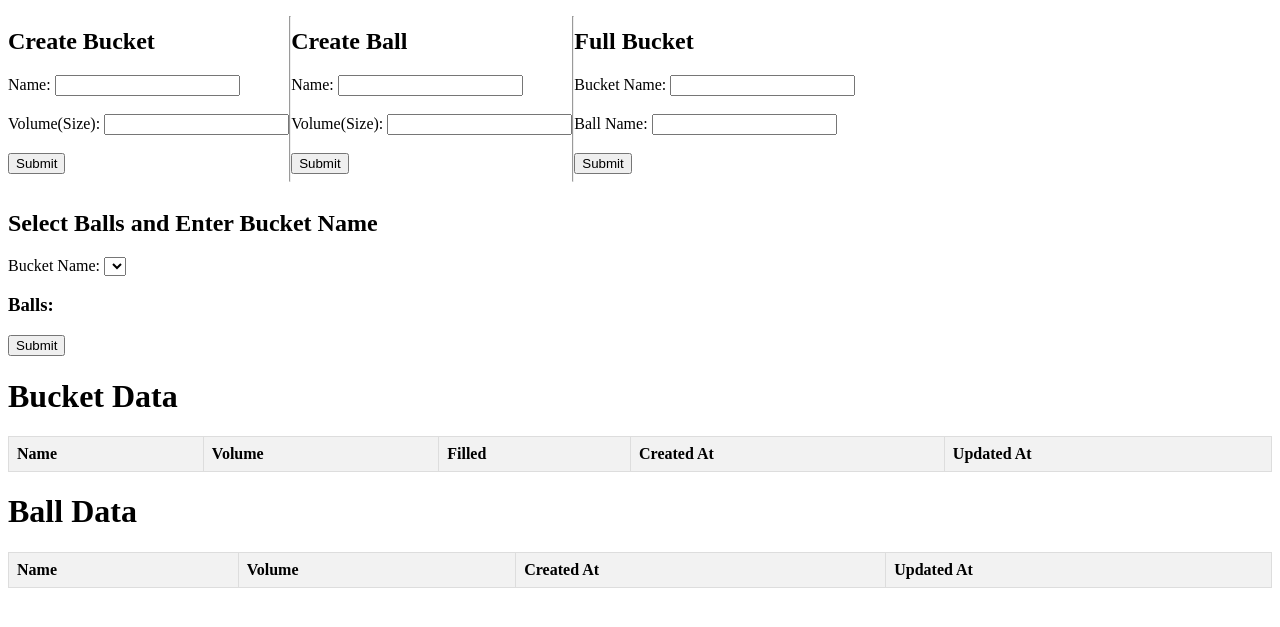
Repository: RajatPalankar8/nodejs_bucket_ball_task_new
Page: http://localhost/
These files come from the project's save history. The page is drawn as it stood at one moment and after the next save; the edit follows.
The browser window is 1280 px wide. The pictures show the whole page.
The page is served by the project's Node server (index.js). Other server files are loaded and not shown. Queries for data that is not in the repository find no rows.

Above is the page before, as saved 2023-07-28 23:26:53.

### views/index.ejs
<!DOCTYPE html>
<html>

<head>
  <style>
    table {
      border-collapse: collapse;
      width: 100%;
    }

    th,
    td {
      border: 1px solid #ddd;
      padding: 8px;
      text-align: left;
    }

    th {
      background-color: #f2f2f2;
    }
  </style>
  <title>Bucket Ball App</title>
</head>

<body>
  <div style="display: inline-flex;">
    <form id="form1">
      <h2>Create Bucket</h2>
      <label for="name1">Name:</label>
      <input type="text" id="name" name="name" required><br><br>
      <label for="email1">Volume(Size):</label>
      <input type="text" id="vol" name="vol" required><br><br>
      <input type="submit" value="Submit">
      <p id="form1-response"></p>
    </form>

    <hr>
    <form id="form2">
      <h2>Create Ball</h2>
      <label for="name1">Name:</label>
      <input type="text" id="name" name="name" required><br><br>
      <label for="vol">Volume(Size):</label>
      <input type="text" id="vol" name="vol" required><br><br>
      <input type="submit" value="Submit">
      <p id="form2-response"></p>
    </form>
    <hr>
    <form id="form3">
      <h2>Full Bucket</h2>
      <label for="name3">Bucket Name:</label>
      <input type="text" id="bucketName" name="bucketName" required><br><br>
      <label for="vol">Ball Name:</label>
      <input type="text" id="ballName" name="ballName" required><br><br>
      <input type="submit" value="Submit">
      <p id="form3-response"></p>
    </form>
  </div>

  <h2>Select Balls and Enter Bucket Name</h2>
  <form id="ballForm">
    <label for="bucketName">Bucket Name:</label>
    <select id="bucketNameSelect" name="bucketNameSelect">
      <!-- The "Bucket Name" dropdown options will be dynamically added here -->
    </select>
    <h3>Balls:</h3>
    <div id="ballList">
      <!-- Ball data from MongoDB will be dynamically added here -->
    </div>
    <input type="submit" value="Submit">
  </form>
  <h1>Bucket Data</h1>
  <table>
    <thead>
      <tr>
        <th>Name</th>
        <th>Volume</th>
        <th>Filled</th>
        <th>Created At</th>
        <th>Updated At</th>
      </tr>
    </thead>
    <tbody>
      <% buckets.forEach(bucket=> { %>
        <tr>
          <td>
            <%= bucket.name %>
          </td>
          <td>
            <%= bucket.vol %>
          </td>
          <td>
            <%= bucket.filled.join(', ') %></td>
          <td><%= bucket.createdAt.toLocaleString() %></td>
          <td><%= bucket.updatedAt.toLocaleString() %></td>
        </tr>
      <% }); %>
    </tbody>
  </table>

  <h1>Ball Data</h1>
  <table>
    <thead>
      <tr>
        <th>Name</th>
        <th>Volume</th>
        <th>Created At</th>
        <th>Updated At</th>
      </tr>
    </thead>
    <tbody>
      <% balls.forEach(ball => { %>
        <tr>
          <td><%= ball.name %></td>
          <td><%= ball.vol %></td>
          <td><%= ball.createdAt.toLocaleString() %></td>
          <td><%= ball.updatedAt.toLocaleString() %></td>
        </tr>
      <% }); %>
    </tbody>
  </table>

  <script src="https://cdn.jsdelivr.net/npm/axios/dist/axios.min.js"></script>
  <script>
    // Function to handle form submission
    function createBucketEvent(event) {
      event.preventDefault(); // Prevent the default form submission

      // Get the form data
      const form = event.target;
      const formData = new FormData(form);

      // Convert form data to JSON object
      const jsonData = {};
      formData.forEach((value, key) => {
        jsonData[key] = value;
      });

      // Make a POST request to the backend API
      axios.post(' http://localhost:3000/createBucket', jsonData).then(response => {
        // Handle the API response
        const formId = form.id;
        const responseElement = document.getElementById(`${formId}-response`);
        responseElement.textContent = response.data.message;

        setTimeout(() => {
          location.reload();
        }, 1000);
      })
        .catch(error => {
          console.error(error); // Handle any errors
        });
    }

    function createBallEvent(event) {
      event.preventDefault(); // Prevent the default form submission

      // Get the form data
      const form = event.target;
      const formData = new FormData(form);

      // Convert form data to JSON object
      const jsonData = {};
      formData.forEach((value, key) => {
        jsonData[key] = value;
      });

      // Make a POST request to the backend API
      axios.post('http://localhost:3000/createBall', jsonData)
        .then(response => {
          // Handle the API response
          const formId = form.id;
          const responseElement = document.getElementById(`${formId}-response`);
          responseElement.textContent = response.data.message;
          setTimeout(() => {
            location.reload();
          }, 1000);
        })
        .catch(error => {
          console.error(error); // Handle any errors
        });
    }

    function fillBucketEvent(event) {
      event.preventDefault(); // Prevent the default form submission

      // Get the form data
      const form = event.target;
      const formData = new FormData(form);

      // Convert form data to JSON object
      const jsonData = {};
      formData.forEach((value, key) => {
        jsonData[key] = value;
      });

      // Make a POST request to the backend API
      axios.post('http://localhost:3000/fillBucket', jsonData)
        .then(response => {
          // Handle the API response
          const formId = form.id;
          const responseElement = document.getElementById(`${formId}-response`);
          responseElement.textContent = response.data.message;
          setTimeout(() => {
            location.reload();
          }, 1000);
        })
        .catch(error => {
          console.error(error); // Handle any errors
        });
    }

    // Attach event listeners to the forms
    const form1 = document.getElementById('form1');
    form1.addEventListener('submit', createBucketEvent);

    const form2 = document.getElementById('form2');
    form2.addEventListener('submit', createBallEvent);

    const form3 = document.getElementById('form3');
    form3.addEventListener('submit', fillBucketEvent);
  </script>

<script>
  // Fetch balls data from the server using Axios
  axios.post('http://localhost:3000/getBallList')
    .then(response => {
      //console.log("----------->>>>>>>", response.data.success);
      createBallCheckboxes(response.data.success);
      fetchBucketOptions();
    })
    .catch(error => console.error('Error fetching balls:', error));

  // to show a list of boxes
  function createBallCheckboxes(balls) {
    const ballListDiv = document.getElementById('ballList');

    balls.forEach(ball => {
      console.log("Create Function ", ball);
      const checkbox = document.createElement('input');
      checkbox.type = 'checkbox';
      checkbox.name = `${ball._id}`; // Each checkbox will have a unique name
      checkbox.value = ball.name;

      const label = document.createElement('label');
      label.innerHTML = `${ball.name} (Vol: ${ball.vol}) :- &nbsp;`;
      const inputField = document.createElement('input');
      inputField.type = 'number';
      inputField.name = `count_${ball.name}`; // Each input field will have a unique name
      inputField.placeholder = 'Number of balls';
      label.appendChild(checkbox);
      ballListDiv.appendChild(label);
      ballListDiv.appendChild(inputField);
      ballListDiv.appendChild(document.createElement('br'));
      ballListDiv.appendChild(document.createElement('br'));
    });
  }

  function fetchBucketOptions() {
    axios.post('http://localhost:3000/getBucketList') // Replace "/api/getBucketOptions" with your server's endpoint for fetching bucket options
      .then(response => {
        const bucketOptions = response.data.success; // Assuming the response is an array of objects with value and label properties
        populateBucketOptions(bucketOptions);
      })
      .catch(error => console.error('Error fetching bucket options:', error));
  }
  const bucketNameSelect = document.getElementById('bucketNameSelect');
  function populateBucketOptions(options) {
    console.log("options-------->",options);

    options.forEach(option => {
      console.log("options-------->",option.name);
      const optionElement = document.createElement('option');
      optionElement.value = option.name;
      optionElement.textContent = option.name;
      bucketNameSelect.appendChild(optionElement);
    });
  }

  // Handle form submission using event delegation
  const form = document.getElementById('ballForm');
  form.addEventListener('submit', (event) => {
    event.preventDefault(); // Prevent default form submission behavior
console.log("bucketNameSelect--->",bucketNameSelect.value);
    // Collect form data and arrange it in an array
    const formData = new FormData(form);
    const data = {
      bucketName: bucketNameSelect.value,
      balls: [],
    };

    // Loop through the checkboxes and get the selected ones
    const checkboxes = form.querySelectorAll('input[type="checkbox"]');
    checkboxes.forEach(checkbox => {
      if (checkbox.checked) {
        const ballId = checkbox.name;
        const label = checkbox.value
        const labelText = label;
        const ballCount = formData.get(`count_${label}`);
        data.balls.push({ _id: ballId, ball: labelText, count: ballCount });
      }
    });
    // Check if at least one checkbox is checked
    if (data.balls.length === 0) {
      alert('Please select at least one checkbox before submitting the form.');
      return; // Abort form submission
    }

    // Make POST request to the server with the JSON data for form submission
    axios.post('http://localhost:3000/bulkFillBall', data) // Replace "/api/submitForm" with your server's endpoint for form submission
      .then(response => {
        // Handle successful form submission response if needed
       // console.log(response.data);
      //  setTimeout(() => {
      //       location.reload();
      //     }, 1000);
      })
      .catch(error => console.error('Error submitting form:', error));
  });
</script>



</body>

</html>

### index.js
const app = require('./app');
const db = require('./config/db')
const port = 3000;
app.get('/',(req,res)=>{
    res.send('Hello World');
});

app.listen(port,()=>{
    console.log(`Server Listening on Port http://localhost:${port}`);
})

### app.js
const express = require("express");
const bodyParser = require("body-parser");
const bucketRouter = require('./routes/bucket.router');
const BucketModel = require('./model/bucket.model');
const BallModel = require('./model/ball.model');
const path = require("path");
const app = express();

app.use(bodyParser.json())
app.set("view engine", "ejs");
app.set("views", path.join(__dirname, "views"));
app.use(express.static(`${__dirname}/public`));


app.use("/", bucketRouter);

app.use("/", (req, res) => {
  BucketModel.find({})
    .then((buckets) => {
      // Render the HTML template with the fetched data
      BallModel.find({})
        .then((balls) => {
          // Render the HTML template with the fetched data
          res.render('index', { buckets, balls });
        })
        .catch((err) => {
          console.error(err);
          res.status(500).send('Internal Server Error');
        });
    })
    .catch((err) => {
      console.error(err);
      res.status(500).send('Internal Server Error');
    });
});


module.exports = app;

### routes/bucket.router.js
const router = require("express").Router();
const BucketServices = require('../services/bucket.services');

router.post('/createBucket',async (req,res,next)=>{
    try {
        const response = await BucketServices.createBucket(req.body.name,req.body.vol);
        console.log("---->",response);
        res.json({ status: true, success: response });
    } catch (err) {
        console.log("---> err -->", err);
        next(err);
    }
});


router.post('/createBall',async (req,res,next)=>{
    try {
        const response = await BucketServices.createBall(req.body.name,req.body.vol);
        console.log("---->",response);
        res.json({ status: true, success: response });
    } catch (err) {
        console.log("---> err -->", err);
        next(err);
    }
});

router.post('/fillBucket',async (req,res,next)=>{
    try {
        const response = await BucketServices.fillBucket(req.body.bucketName,req.body.ballName);
        console.log("---->",response);
        res.json({ status: true, success: response });
    } catch (err) {
        console.log("---> err -->", err);
        next(err);
    }
});

router.post('/getBallList',async (req,res,next)=>{
    try {
        const response = await BucketServices.getBall();
        //console.log("---->",response);
        res.json({ status: true, success: response });
    } catch (err) {
        console.log("---> err -->", err);
        next(err);
    }
});

router.post('/getBucketList',async (req,res,next)=>{
    try {
        const response = await BucketServices.getBucket();
        //console.log("---->",response);
        res.json({ status: true, success: response });
    } catch (err) {
        console.log("---> err -->", err);
        next(err);
    }
});

router.post('/bulkFillBall',async (req,res,next)=>{
    try {
         const response = await BucketServices.bulkUpload(req.body);
        //console.log("---->",req.body);
        res.json({ status: true, success: req.body });
    } catch (err) {
        console.log("---> err -->", err);
        next(err);
    }
});

module.exports = router;

### services/bucket.services.js
const BucketModel = require('../model/bucket.model');
const BallModel = require('../model/ball.model');

class BucketServices {

    static async createBucket(name, vol) {
        const addBucket = new BucketModel({ name, vol, availableVol: vol });
        return await addBucket.save();
    }

    static async createBall(name, vol) {
        const addBall = new BallModel({ name, vol });
        return await addBall.save();
    }

    static async getBall() {
        const addBall = await BallModel.find({});
        return addBall;
    }

    static async getBucket() {
        const addBall = await BucketModel.find({});
        return addBall;
    }

    static async fillBucket(bucketName, ballName) {
        const bucketData = await BucketModel.findOne({ name: bucketName });
        const ballData = await BallModel.findOne({ name: ballName });

        if ((bucketData.availableVol - ballData.vol) >= 0) {
            bucketData.availableVol = bucketData.availableVol - ballData.vol;
            bucketData.filled.push(ballName);
            return await bucketData.save();
        }
        return "No Space Available";
    }

    static async bulkUpload(data) {
        try{
            for (let i = 0; i < data.balls.length; i++) {
                const bucketData = await BucketModel.findOne({ name: data.bucketName });
                const ballData = await BallModel.findOne({ name: data.balls[i].ball });
                if ((bucketData.availableVol - ballData.vol) >= 0) {
                    bucketData.availableVol = bucketData.availableVol - ballData.vol;
                    bucketData.filled.push(data.balls[i].ball);
                     await bucketData.save();
                }
            }

        }catch(err){
            console.log("err--->", err);
        }

    }
}

module.exports = BucketServices;

After the next save:
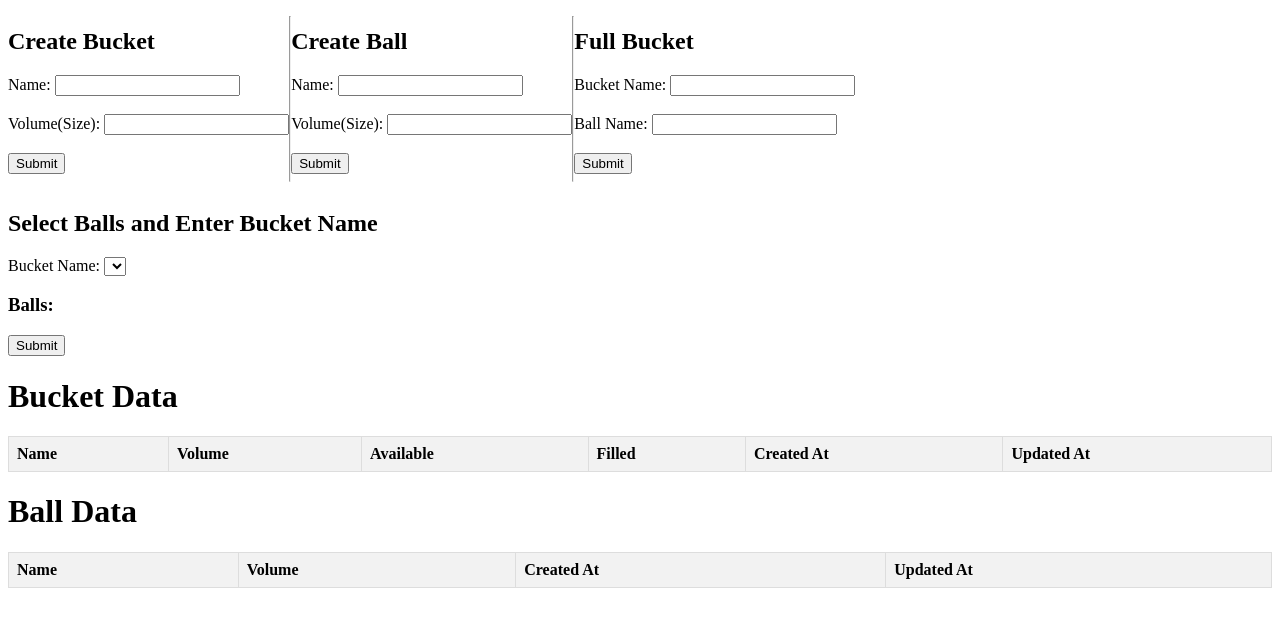
Saved 19 s later.
--- a/views/index.ejs
+++ b/views/index.ejs
@@ -74,6 +74,7 @@
       <tr>
         <th>Name</th>
         <th>Volume</th>
+        <th>Available</th>
         <th>Filled</th>
         <th>Created At</th>
         <th>Updated At</th>
@@ -87,6 +88,9 @@
           </td>
           <td>
             <%= bucket.vol %>
+          </td>
+          <td>
+            <%= bucket.availableVol %>
           </td>
           <td>
             <%= bucket.filled.join(', ') %></td>
